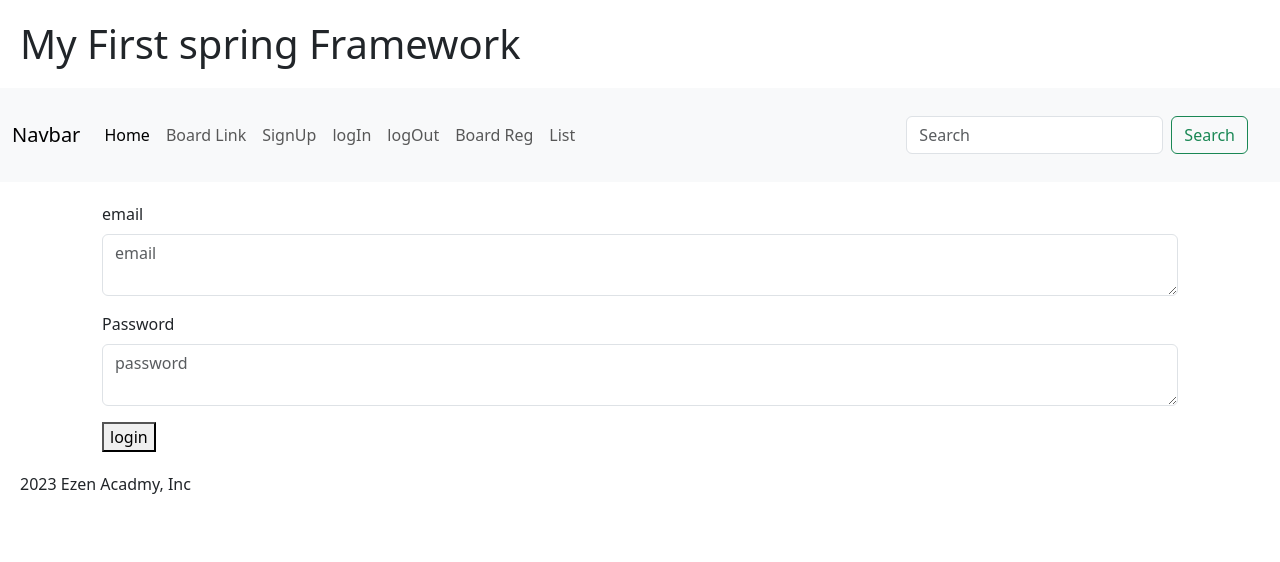
Repository: fbsrb458/link
Page: http://localhost/springProject/WEB-INF/views/member/login.jsp
An editor plug-in stored every save of this project. The page is shown before and after the next save, followed by the edit.
The browser window is 1280 px wide. The pictures show the whole page.
The page is served by Tomcat 9. Nobody is signed in. The template is opened directly, without the code that normally fills it, so the values that code supplies are empty.

Above is the page before, as saved 2023-10-27 12:18:05.

After the next save:
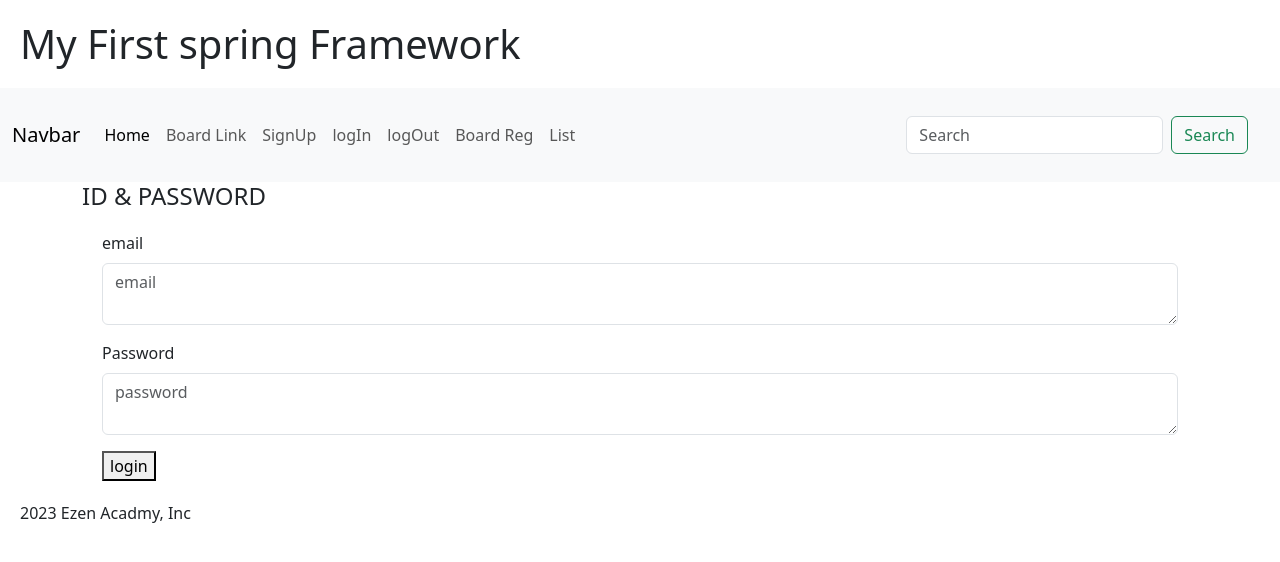
Saved 21 s later.
--- a/springProject/src/main/webapp/WEB-INF/views/member/login.jsp
+++ b/springProject/src/main/webapp/WEB-INF/views/member/login.jsp
@@ -12,6 +12,7 @@
 <jsp:include page="../common/header.jsp" />
 <jsp:include page="../common/nav.jsp" />
 <div class="container">
+<h4 class="mb-3">	ID & PASSWORD</h4>
 <form action="/member/login" method="post" >
 		<div class="mb-3">
 		  <label for="e" class="form-label">email</label>
